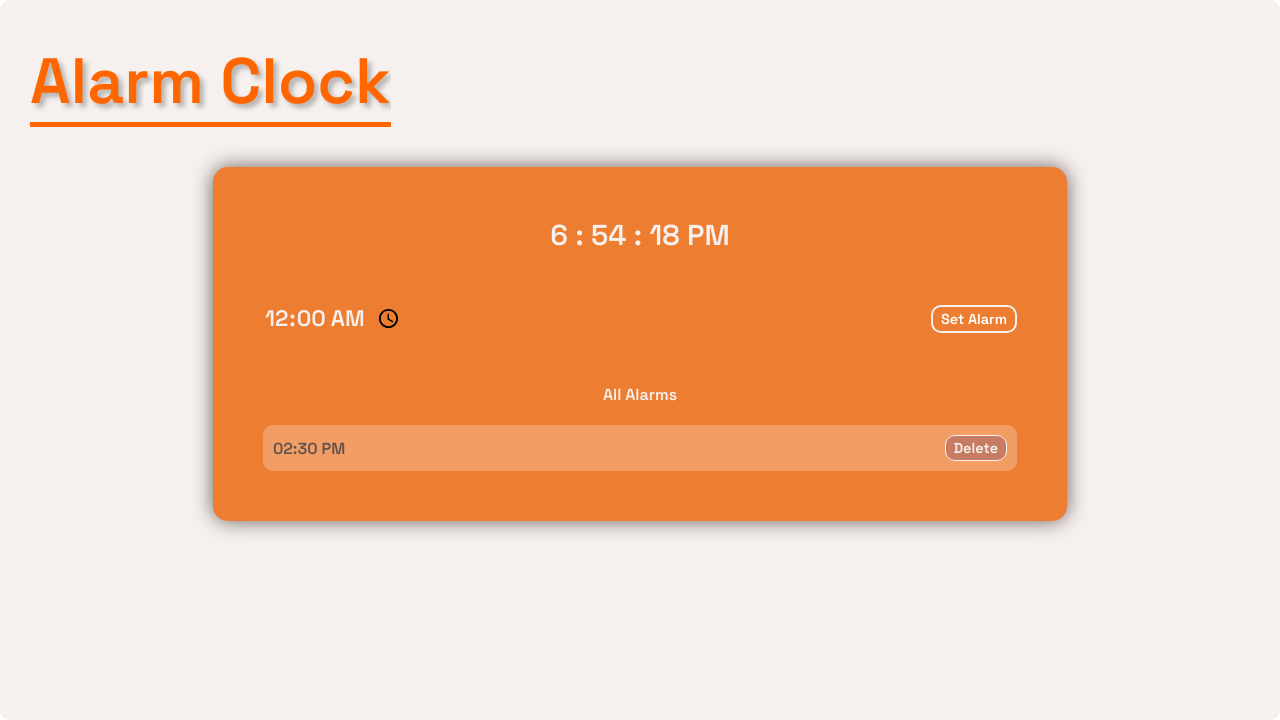
Repository: Pragya016/Alarm-Clock
Page: Index.html
The author's editor kept a copy of each file at every save. The page is drawn from the files as they stood at one save, then again after the next save.
The browser window is 1280 px wide. The pictures show the whole page.

Above is the page before, as saved 2024-01-19 22:33:01.

### Index.html
<!DOCTYPE html>
<html lang="en">

<head>
    <meta charset="UTF-8">
    <meta name="viewport" content="width=device-width, initial-scale=1.0">
    <!-- css stylesheet -->
    <link rel="stylesheet" href="styles.css">

    <title>Alarm Clock</title>
</head>

<body>
    <div id="box">
        <h1>Alarm Clock</h1>
        <div class="container">

            <!-- showing the current time -->
            <div id="current-time">
                <h2 class="cur-time"></h2>
            </div>

            <!-- to set the alarm -->
            <div id="set-alarm">
                <h3>
                    <input type="time" class="set-time" value="00:00">
                </h3>
                <button type="button" id="set-alarm-btn">
                    Set Alarm
                </button>
            </div>

            <!-- list of alarms that are already been set -->
            <div id="all-alarms">
                <p class="heading"><b>All Alarms</b>
                </p>
                <div class="alarm">
                    <p class="preSetAlarmTime">
                        02:30 PM
                    </p>
                    <button type="button" class="dlt-alarm-btn">
                        Delete
                    </button>
                </div>
            </div>
        </div>
    </div>
    <!-- script -->
    <script src="clock.js"></script>
</body>

</html>

### styles.css
@import url('https://fonts.googleapis.com/css2?family=IBM+Plex+Mono:wght@700&family=Space+Grotesk:wght@600&display=swap');

/* default css styles */
:root {
    --creamColor : #F6F1EE;
    --orangeShadeDark : #ff6600;
    --OrangeColor : #ED7D31;
    --brownColor : #6C5F5B;
    --brownShadeDarker : #5f534f;
    --orangeShadeDarker : #ba4c28;
}

body, html{
    margin: 0;
    padding: 0;
}

*{
    box-sizing: border-box;
    margin: 0;
        font-family: 'IBM Plex Mono', monospace;
font-family: 'Space Grotesk', sans-serif;
}

/* main container */
#box{
    height: 100vh;
    padding: 30px;
    width: 100%;
    margin: auto;
    border-radius: 10px;
    background-color: var(--creamColor);
}

#box h1{
    color: var(--orangeShadeDark);
    text-align: center;
    margin-top: 10px;
    width: fit-content;
    font: 900;
    border-bottom: 5px solid var(--orangeShadeDark);
    font-size: 4rem;
    overflow: hidden;
    text-shadow: 4px 4px 5px rgb(179, 178, 178);
}

/* ----------------------------- */

#current-time{
    font-size: 1.2rem;
}

/* ----------------------------- */

.container {
    color: var(--creamColor);
    height: auto;
    width: 70%;
    overflow: scroll;
    margin: 40px auto 0;
    padding: 50px;
    font-family: Arial, Helvetica, sans-serif;
    display: flex;
    flex-direction: column;
    /* letter-spacing: 3px; */
    align-items: center;
    border-radius: 15px;
    background-color: var(--OrangeColor);
    box-shadow: 0px 0px 20px var(--brownColor);
}

/* ----------------------------- */
/* set alarm container */

#set-alarm {
    display: flex;
    justify-content: space-between;
    width: 100%;
    margin: 50px auto 30px auto;
}

.set-time {
    border: none;
    background-color: #00000000;
    color: var(--creamColor);
}

.set-time{
    border: none;
    font-size: larger;
    font-weight: 600;
}

/* ----------------------------- */
/* all alarms container */

#all-alarms {
    margin-top: 20px;
    display: flex;
    justify-content: space-between;
    width: 100%;
    height: auto;
    flex-direction: column;
    align-items: center;
}

#all-alarms .heading {
    color: var(--creamColor);
}

.alarm{
    display: flex;
    justify-content: space-between;
    width: 100%;
    padding: 10px;
    background-color: rgba(255, 255, 255, 0.247);
    margin-top: 20px;align-items: center;
    border-radius: 10px;
}

.alarm .preSetAlarmTime {
    font-size: 1rem;
    color: var(--brownShadeDarker);
}

.dlt-alarm-btn{
    border: 1px solid var(--creamColor);;
    background-color: hsl(15, 47%, 58%);
    color: var(--creamColor);
}

.dlt-alarm-btn:hover {
    border-color:var(--orangeShadeDarker);
    background-color: #F6F1EE;
    color: var(--orangeShadeDarker);
}

/* ----------------------------- */

button {
    width: auto;
    margin: auto 0;
    border-radius: 10px;
    font: 600;
    font-size: 0.9rem;
    border: none;
     padding: 3px 8px;
    border: 2px solid #F6F1EE;;
    background-color: #ED7D31;
    cursor: pointer;
    color: white;
}

button:hover{
   color: #ce5300;
    background-color: var(--creamColor);
}

### clock.js

// selecting all the elements of html
const currentTime = document.querySelector('.cur-time');
const setNewAlarm = document.querySelector('.set-time');
const setNewAlarmBtn = document.querySelector('#set-alarm-btn');
const preSetAlarmTime = document.querySelector('.preSetAlarmTime');
const deleteBtn = document.querySelector('.dlt-alarm-btn');
const allAlarmsContainer = document.querySelector('#all-alarms');



// --------------------------------------------
// display the current time

function updateTime() {
    let currentDate = new Date();
    let hours = currentDate.getHours();
    let minutes = currentDate.getMinutes();
    let seconds = currentDate.getSeconds();

    // selecting am or pm
    var ampm = (hours >= 12) ? "PM" : "AM";

    // getting hours minutes and seconds
    hours = (hours < 10) ? "0" + hours : hours - 12;
    minutes = (minutes < 10) ? "0" + minutes : minutes;
    seconds = (seconds < 10) ? "0" + seconds : seconds;

    // setting the tet content to current time
    let currentTimeString = `${hours} : ${minutes} : ${seconds} ${ampm}`;
    currentTime.textContent = currentTimeString;
}

setInterval(updateTime, 1000);
updateTime();


// --------------------------------------------
// setting new alarm

setNewAlarmBtn.addEventListener('click', () => {
    // getting the input value
    const timeInput = setNewAlarm.value;
    let [hourVal, minVal] = timeInput.split(':');

        // console.log(minVal, hourVal)
        if (hourVal === '00') {
            hourVal = 12;
        }

        // html for newly created alarm
    const newAlarm = `
            <div class="alarm">
                <p class="preSetAlarmTime">
                    ${hourVal}:${minVal} ${hourVal >= 12 ? 'PM' : 'AM'}
                </p>
                <button type="button" class="dlt-alarm-btn">
                    Delete
                </button>
            </div>
        `;

        // inserting the html to the container
        setTimeout(() => {
            allAlarmsContainer.insertAdjacentHTML('beforeend', newAlarm);
            setNewAlarm.value = '00:00';
            startCountDown(hourVal, minVal);
        }, 300);

});

// --------------------------------------------
function startCountDown(hours, minutes) {
    // calculating seconds
    const totalMin = (hours * 60) + minutes;
    let totalSeconds = totalMin * 60;

    setTimeout(() => {
        alert('alarm ended!!')
    }, totalSeconds)
}


// --------------------------------------------
// deleting the alarm
allAlarmsContainer.addEventListener('click', (e) => {
    // checking if delete alarm btn is present or not
    if (e.target.classList.contains('dlt-alarm-btn')) {

        // finding the closest element
        const alarmElement = e.target.closest('.alarm');

        // deleting the alarm
        if (alarmElement) {
            setTimeout(() => {
                alarmElement.remove();
            }, 300);
        }
    }
});

After the next save:
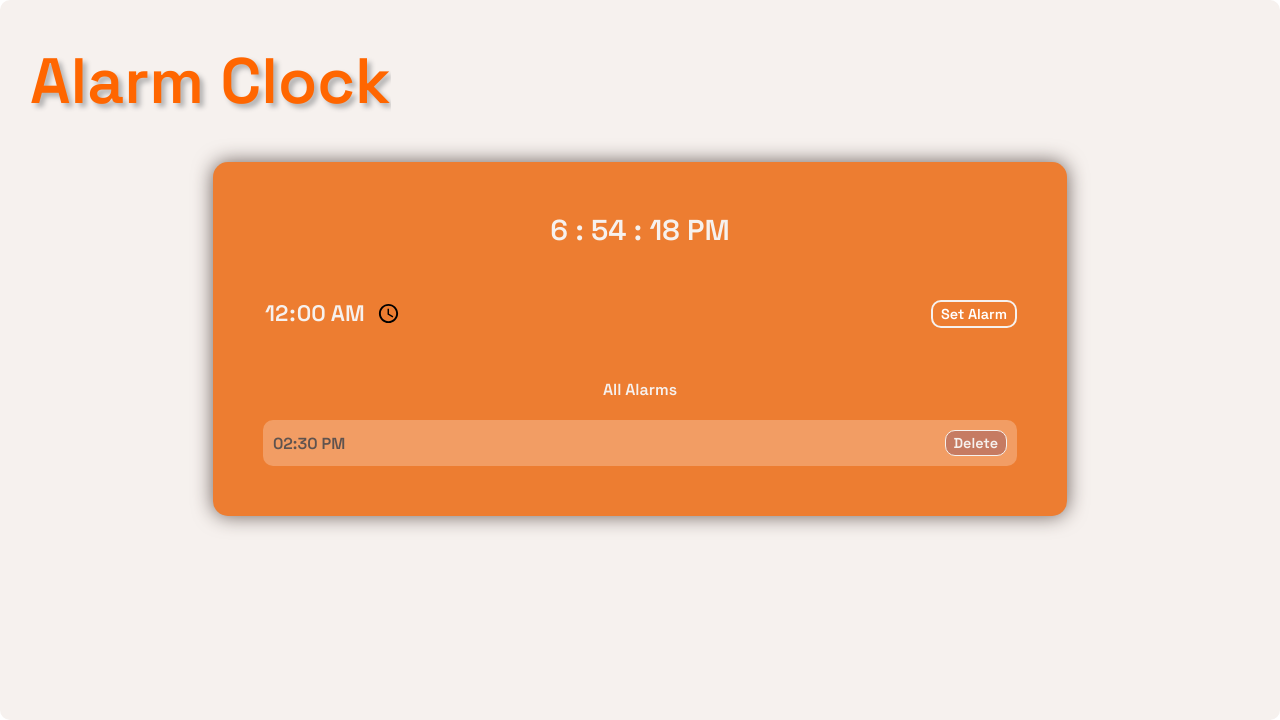
Saved 6 s later.
--- a/styles.css
+++ b/styles.css
@@ -38,7 +38,6 @@
     margin-top: 10px;
     width: fit-content;
     font: 900;
-    border-bottom: 5px solid var(--orangeShadeDark);
     font-size: 4rem;
     overflow: hidden;
     text-shadow: 4px 4px 5px rgb(179, 178, 178);
